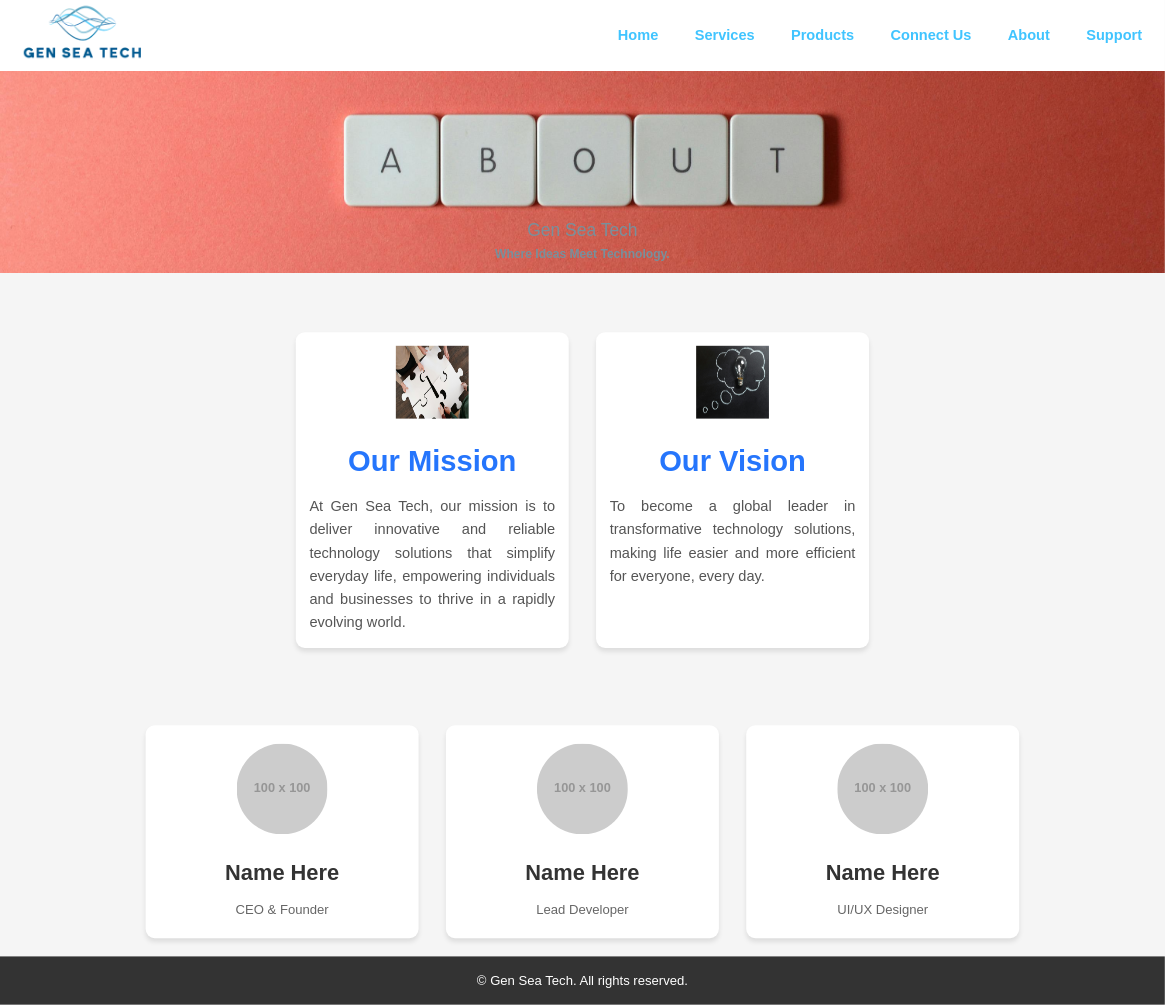
Repository: aniketkhatawkar/Gen_Sea_Tech
Page: http://localhost/GenSeaTech/about.jsp
The author's editor kept a copy of each file at every save. The page is drawn from the files as they stood at one save, then again after the next save.
The browser window is 1280 px wide. The pictures show the whole page, at 91% of full size.
The page is served by Tomcat 10. Other server files are loaded and not shown.

Above is the page before, as saved 2024-12-14 12:11:53.

### GenSeaTech/src/main/webapp/about.jsp
<!DOCTYPE html>
<html lang="en">
<head>
<meta charset="UTF-8">
<meta name="viewport" content="width=device-width, initial-scale=1.0">
<title>About</title>
<link rel="icon" href="assets/logo.png" type="image/png" >
<style>
    * {
        margin: 0;
        padding: 0;
        box-sizing: border-box;
        font-family: 'Arial', sans-serif;
    }

    body {
        background-color: #f5f5f5;
        color: #333;
        overflow-x: hidden;
    }

    header {
	    background:  url("assets/about.jpg") no-repeat center center;
	    background-size: cover;
	    object-fit: cover;
		color: #78909c;
	    padding: 10px 5px;
	    text-align: center;
	}

    header h1 {
        font-size: 3rem;
        margin-bottom: 5px;
    }

    header p {
        font-size: 1.2rem;
        margin-top:150px;
    }

    .mission-vision-section {
        display: flex;
        flex-wrap: wrap;
        justify-content: center;
        gap: 30px;
        margin: 15px;
        padding: 50px;
    }

    .mission-vision-card {
        background: white;
        border-radius: 10px;
        box-shadow: 0 4px 6px rgba(0, 0, 0, 0.1);
        padding: 15px;
        text-align: center;
        width: 300px;
        transition: transform 0.3s ease, box-shadow 0.3s ease;
    }

    .mission-vision-card img {
        width: 80px;
        height: 80px;
        margin-bottom: 15px;
    }

    .mission-vision-card h2 {
        font-size: 2rem;
        color: #2575fc;
        margin-bottom: 10px;
    }

    .mission-vision-card p {
        font-size: 1rem;
        line-height: 1.6;
        color: #555;
        text-align: justify;
    }

    .about-section {
        display: flex;
        flex-wrap: wrap;
        justify-content: center;
        padding: 20px 10px;
        gap: 30px;
    }

    .about-card {
        background: white;
        border-radius: 10px;
        box-shadow: 0 4px 6px rgba(0, 0, 0, 0.1);
        padding: 20px;
        text-align: center;
        width: 300px;
        transition: transform 0.3s ease, box-shadow 0.3s ease;
    }

    .about-card:hover {
        transform: translateY(-10px);
        box-shadow: 0 8px 12px rgba(0, 0, 0, 0.2);
    }

    .about-card img {
        width: 100px;
        height: 100px;
        border-radius: 50%;
        margin-bottom: 15px;
    }

    .about-card h3 {
        margin-bottom: 10px;
        font-size: 1.5rem;
    }

    .about-card p {
        font-size: 0.9rem;
        color: #666;
    }

    @media (max-width: 768px) {
        header h1 {
            font-size: 2.5rem;
        }

        .mission-vision-card {
            width: 100%;
            max-width: 400px;
        }

        .about-card {
            width: 100%;
            max-width: 300px;
        }
    }
</style>
</head>
<body>
	<!-- NavBar -->
	<%@ include file="navbar.jsp" %>

    <header>
        <p>Gen Sea Tech</p>
        <h5>Where Ideas Meet Technology.</h5>
    </header>

    <section class="mission-vision-section">
        <div class="mission-vision-card">
            <img src="assets/mission.jpg" alt="Mission Icon">
            <h2>Our Mission</h2>
            <p>At Gen Sea Tech, our mission is to deliver innovative and reliable technology solutions that simplify everyday life, empowering individuals and businesses to thrive in a rapidly evolving world.</p>
        </div>

        <div class="mission-vision-card">
            <img src="assets/vision.jpg" alt="Vision Icon">
            <h2>Our Vision</h2>
            <p>To become a global leader in transformative technology solutions, making life easier and more efficient for everyone, every day.</p>
        </div>
    </section>

    <section class="about-section" id="team">
        <div class="about-card">
            <img src="https://via.placeholder.com/100" alt="Team Member">
            <h3>Name Here</h3>
            <p>CEO & Founder</p>
        </div>

        <div class="about-card">
            <img src="https://via.placeholder.com/100" alt="Team Member">
            <h3>Name Here</h3>
            <p>Lead Developer</p>
        </div>

        <div class="about-card">
            <img src="https://via.placeholder.com/100" alt="Team Member">
            <h3>Name Here</h3>
            <p>UI/UX Designer</p>
        </div>
    </section>

	<!-- Footer -->
    <%@ include file="footer.jsp" %>
</body>
</html>

### GenSeaTech/src/main/webapp/navbar.jsp
<%@ page language="java" contentType="text/html; charset=UTF-8"
    pageEncoding="UTF-8"%>
<!DOCTYPE html>
<html>
<head>
<meta charset="UTF-8">
<title>Gen Sea Tech</title>
<link rel="icon" href="assets/logo.png" type="image/png" >
<style>
* {
	margin: 0;
	padding: 0;
	box-sizing: border-box;
	font-family: Arial, sans-serif;
}

body {
	line-height: 1.6;
}
.navbar {
	background-color: #ffffff;
	color: #fff;
	padding: 5px 5px;
	display: flex;
	justify-content: space-between;
	align-items: center;
	position: relative;
}

.navbar a {
	color: #40c4ff;
	text-decoration: none;
	margin: 0 20px;
	font-weight: bold;
}

.navbar a:hover {
	color: #757575;
}

.links {
	display: flex;
}
@media (max-width: 768px) {
	.links {
		display: none;
		flex-direction: column;
		background-color: #333;
		position: absolute;
		top: 50px;
		right: 10px;
		width: 200px;
		border-radius: 5px;
		box-shadow: 0px 4px 6px rgba(0, 0, 0, 0.1);
	}

	.links a {
		margin: 10px 0;
		text-align: center;
	}

	.hamburger {
		display: flex;
	}

	.links.active {
		display: flex;
	}
}
</style>
</head>
<body>
	<div class="navbar">
		<div class="logo">
        <a href="home.jsp"><img src="assets/namelogo.png" alt="Gen Sea Tech Logo" style="height: 60px; margin-right: 10px;"></a>
    	</div>
		<div class="links">
			<a href="home.jsp">Home</a>
			<a href="services.jsp">Services</a>
			<a href="products.jsp">Products</a>
			<a href="connectus.jsp">Connect Us</a>
			<a href="about.jsp">About</a>
			<a href="#support.jsp">Support</a>
		</div>
	</div>
</body>
</html>

### GenSeaTech/src/main/webapp/footer.jsp
<%@ page language="java" contentType="text/html; charset=UTF-8"
    pageEncoding="UTF-8"%>
<!DOCTYPE html>
<html>

<head>

<style>
	footer {
        background-color: #333;
        color: white;
        text-align: center;
        padding: 15px;
        margin-top: 0px;
    }

    footer p {
        font-size: 0.9rem;
    }
</style>

	<meta charset="UTF-8">
	<title>Footer</title>
</head>

<body>
	<footer>
        <p>&copy; Gen Sea Tech. All rights reserved.</p>
    </footer>
</body>

</html>

After the next save:
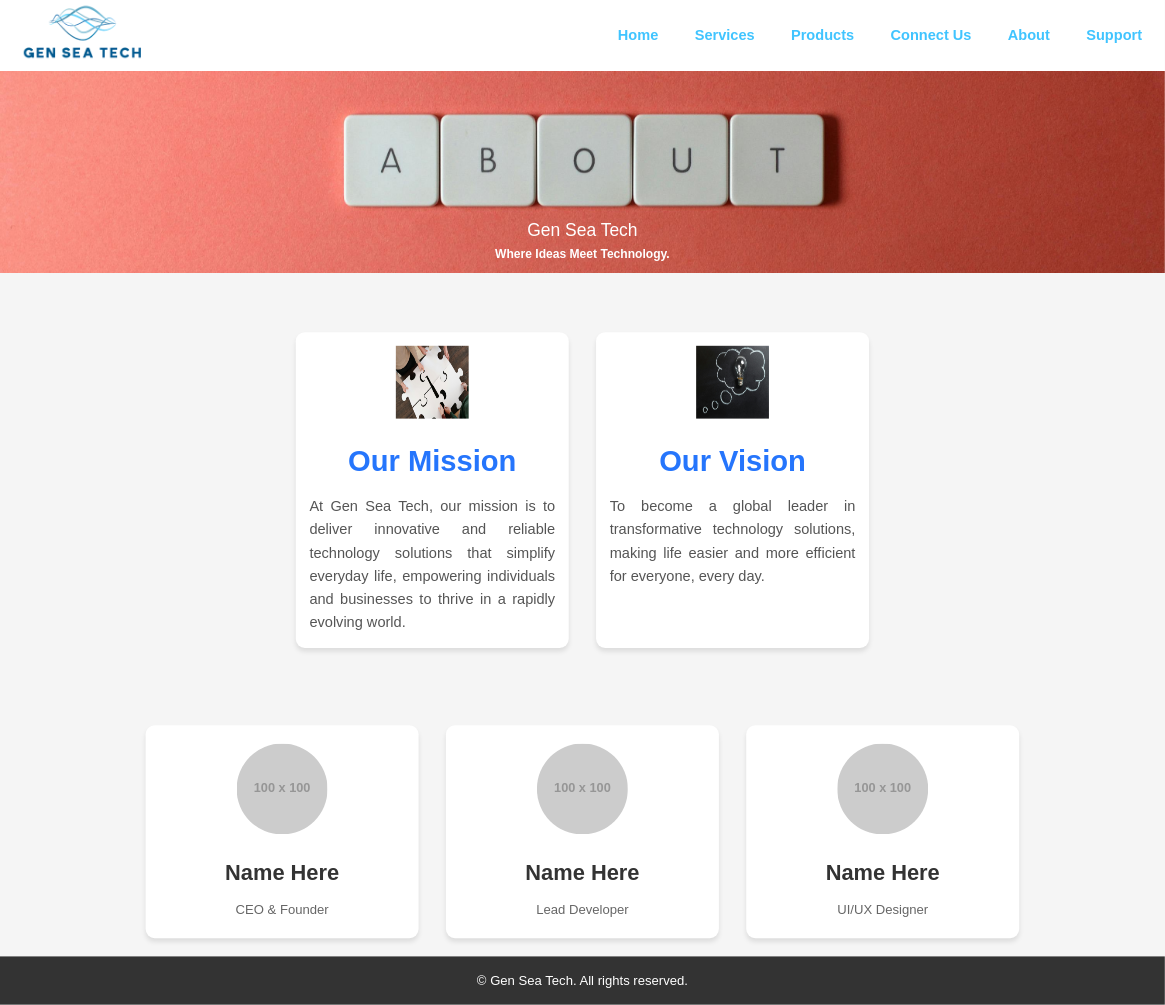
Saved 16 s later.
--- a/GenSeaTech/src/main/webapp/about.jsp
+++ b/GenSeaTech/src/main/webapp/about.jsp
@@ -23,7 +23,7 @@
 	    background:  url("assets/about.jpg") no-repeat center center;
 	    background-size: cover;
 	    object-fit: cover;
-		color: #78909c;
+		color: #ffffff;
 	    padding: 10px 5px;
 	    text-align: center;
 	}
